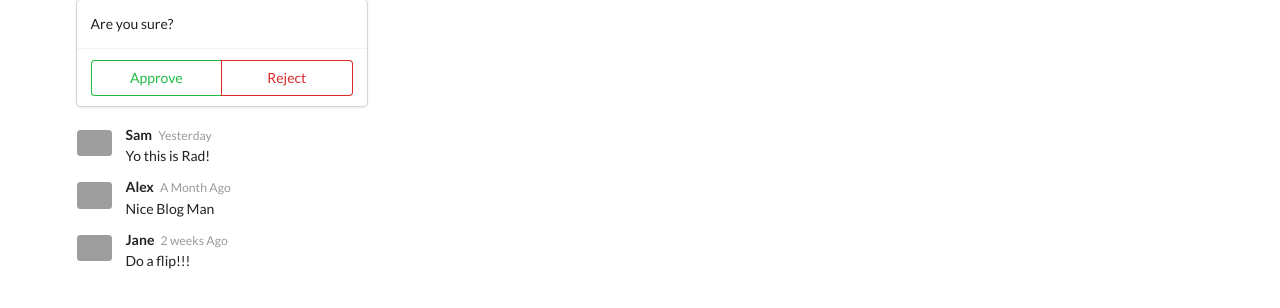
Repository: geedtd/udemyreact
Page: /
These files come from the project's save history. The page is drawn as it stood at one moment and after the next save; the edit follows.
The browser window is 1280 px wide. The pictures show the whole page.
Pictures or frames that could not be fetched are drawn as grey boxes. The project was rebuilt for these pictures with package versions that can differ from the ones it lists, and the page was loaded fresh each time.

Above is the page before, as saved 2020-03-18 02:18:13.

### src/index.js
import React from 'react';
import ReactDOM from 'react-dom';
import faker from 'faker';
import CommentDetail from './CommentDetail';
import ApprovalCard from './ApprovalCard';

const App = () => {
    return (
        <div className="ui container comments">
            <ApprovalCard />
            <CommentDetail
            author="Sam"
            timeAgo="Yesterday"
            commentText="Yo this is Rad!"
            avatarImage={faker.image.avatar()}
            />
            <CommentDetail
            author="Alex"
            timeAgo="A Month Ago"
            commentText="Nice Blog Man"
            avatarImage={faker.image.avatar()}
            />
            <CommentDetail
            author="Jane"
            timeAgo="2 weeks Ago"
            commentText="Do a flip!!!"
            avatarImage={faker.image.avatar()}
            />
        </div>
    );
};


ReactDOM.render(<App />, document.querySelector('#root'));

### src/CommentDetail.js
import React from 'react';
//import faker from 'faker';

const CommentDetail = (props) => {
    // console.log(props)
    return (
        <div className="comment">
                <a href='/' className="avatar">
                    <img alt="avatar" src={props.avatarImage}/>
                </a>
                <div className="content">
                    <a href="/" className="author">
                        {props.author}
                    </a>
                    <div className="metadata">
                        <span className="date">{props.timeAgo}</span>
                    </div>
                    <div className="text">{props.commentText}</div>
                </div>
            </div>
    );
}
export default CommentDetail;

### src/ApprovalCard.js
import React from 'react';

const ApprovalCard = () => {
    return (
        <div className="ui card">
            <div className="content">Are you sure?</div>
            <div className="extra content">
                <div className="ui two buttons">
                    <div className="ui basic green button">Approve</div>
                    <div className="ui basic red button">Reject</div>
                </div>
            </div>
        </div>
    );
};

export default ApprovalCard;

Loaded but not shown: public/index.html (common file)

After the next save:
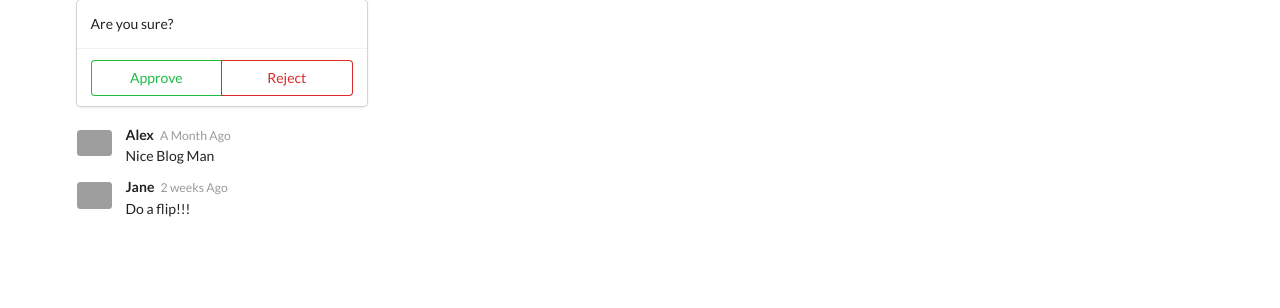
Saved 5 min 5 s later.
--- a/src/index.js
+++ b/src/index.js
@@ -7,13 +7,14 @@ import ApprovalCard from './ApprovalCard';
 const App = () => {
     return (
         <div className="ui container comments">
-            <ApprovalCard />
-            <CommentDetail
-            author="Sam"
-            timeAgo="Yesterday"
-            commentText="Yo this is Rad!"
-            avatarImage={faker.image.avatar()}
-            />
+            <ApprovalCard>
+                <CommentDetail
+                author="Sam"
+                timeAgo="Yesterday"
+                commentText="Yo this is Rad!"
+                avatarImage={faker.image.avatar()}
+                />
+            </ApprovalCard>
             <CommentDetail
             author="Alex"
             timeAgo="A Month Ago"
